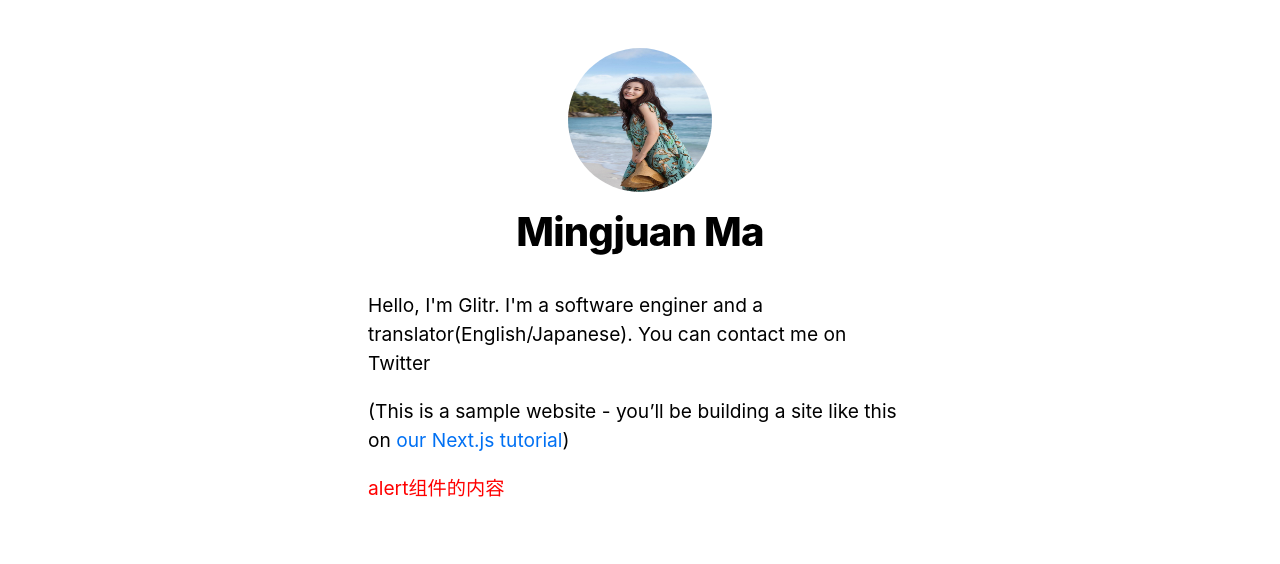
Repository: happy760690/nextjs-react
Page: /
The author's editor kept a copy of each file at every save. The page is drawn from the files as they stood at one save, then again after the next save.
The browser window is 1280 px wide. The pictures show the whole page.
The project was rebuilt for these pictures with package versions that can differ from the ones it lists, and the page was loaded fresh each time. Some packages were replaced by stand-ins written for this rebuild. The framework's server and built-in components were replaced by stand-ins that run in the browser. Also part of the build but not shown: next.config.js.

Above is the page before, as saved 2021-06-30 10:01:55.

After the next save:
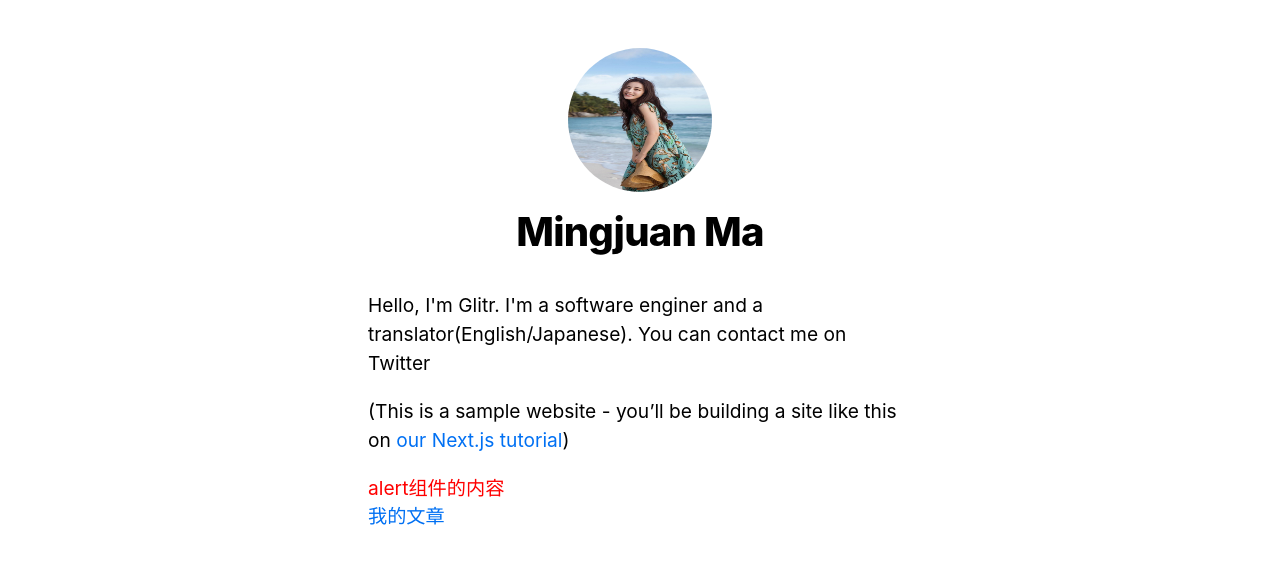
Saved 75 s later.
--- a/pages/index.js
+++ b/pages/index.js
@@ -1,4 +1,4 @@
-// import Link from 'next/link'
+import Link from 'next/link'
 import Head from 'next/head'
 import Layout, { siteTitle } from '../components/layout'
 // import Image from 'next/image'
@@ -19,6 +19,9 @@ export default function Home() {
         <a href="https://nextjs.org/learn">our Next.js tutorial</a>)
         </p>
         <Alert type="error">alert组件的内容</Alert>
+        <Link href='/posts/first-post'>
+          <a>我的文章</a>
+        </Link>
       </section>
     </Layout>
   )
